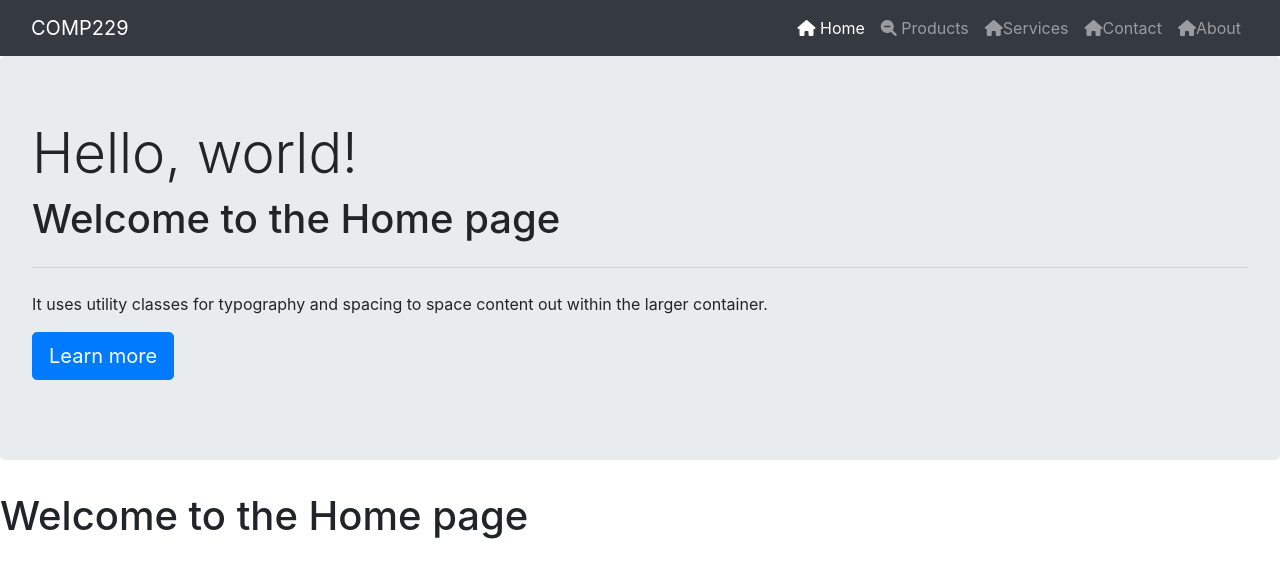
Repository: arsh16/week3_demo2
Page: http://localhost/
An editor plug-in stored every save of this project. The page is shown before and after the next save, followed by the edit.
The browser window is 1280 px wide. The pictures show the whole page.
Some web libraries are served in a nearby version. The page is served by the project's Node server (server.js). Other server files are loaded and not shown.

Above is the page before, as saved 2021-09-30 11:40:20.

### views/index.ejs
<!DOCTYPE html>
<html lang="en">
<head>
  <meta charset="UTF-8">
  <meta http-equiv="X-UA-Compatible" content="IE=edge">
  <meta name="viewport" content="width=device-width, initial-scale=1.0">
  <title><%= title %></title>

  <!--css-->
  <link rel='stylesheet' href='/Content/app.css' />

<!--These stylesheets were saying 404 in console-->

  <!--<link rel="stylesheet" href="/bootstrap/dist/bootstrap.min.css">
  <link rel="stylesheet" href='/@fortawesome/fontawesome-free/css/all.min.css'-->

  <link rel="stylesheet" href="https://cdn.jsdelivr.net/npm/bootstrap@4.6.0/dist/css/bootstrap.min.css" integrity="sha384-B0vP5xmATw1+K9KRQjQERJvTumQW0nPEzvF6L/Z6nronJ3oUOFUFpCjEUQouq2+l" crossorigin="anonymous">
 <link rel="stylesheet" href="https://cdnjs.cloudflare.com/ajax/libs/font-awesome/6.0.0-beta2/css/all.min.css" integrity="sha512-YWzhKL2whUzgiheMoBFwW8CKV4qpHQAEuvilg9FAn5VJUDwKZZxkJNuGM4XkWuk94WCrrwslk8yWNGmY1EduTA==" crossorigin="anonymous" referrerpolicy="no-referrer" />


</head>

<!--body-->
<body>

  <!--main nav-->
  <nav class="navbar navbar-expand-lg navbar-dark bg-dark" style="color: aliceblue;">
    <div class="container-fluid">
      <a class="navbar-brand" href="/home">COMP229</a>
      <button class="navbar-toggler" type="button" data-bs-toggle="collapse" data-bs-target="#navbarSupportedContent" aria-controls="navbarSupportedContent" aria-expanded="false" aria-label="Toggle navigation">
        <span class="navbar-toggler-icon"></span>
      </button>

      <div class="collapse navbar-collapse" id="navbarSupportedContent">
        <ul class="navbar-nav ml-auto mb-2 mb-lg-0">

          <li class="nav-item">
            <a class="nav-link active" aria-current="page" href="/home"><i class="fas fa-home"></i> Home</a>
          </li>

          <li class="nav-item">
            <a class="nav-link" href="/products"><i class="fas fa-search-minus"></i> Products</a>
          </li>

             <li class="nav-item">
            <a class="nav-link" href="/services"><i class="fas fa-home"></i>Services</a>
          </li>

             <li class="nav-item">
            <a class="nav-link" href="/contact"><i class="fas fa-home"></i>Contact</a>
          </li>

           <li class="nav-item">
            <a class="nav-link" href="/about"><i class="fas fa-home"></i>About</a>


        </ul>

      </div>
    </div>
  </nav>

  <main><div class="jumbotron">
    <h1 class="display-4">Hello, world!</h1>
    <h1>Welcome to the <%= title %> page</h1>
    <hr class="my-4">
    <p>It uses utility classes for typography and spacing to space content out within the larger container.</p>
    <p class="lead">
      <a class="btn btn-primary btn-lg" href="#" role="button">Learn more</a>
    </p>
  </div>
  </main>

  <h1>Welcome to the <%= title %> page</h1>

  <!--scripts-->
  <script src="https://ajax.googleapis.com/ajax/libs/jquery/2.1.1/jquery.min.js"></script>
 <!-- <script src="/jquery/dist/jquery.min.js"></script>-->
  <script src="/Scripts/app.js"></script>
</body>
</html>

### server.js
#!/usr/bin/env node

/**
 * Module dependencies.
 */

var app = require('./app');
var debug = require('debug')('assignment1:server');
var http = require('http');

/**
 * Get port from environment and store in Express.
 */

var port = normalizePort(process.env.PORT || '3000');
app.set('port', port);

/**
 * Create HTTP server.
 */

var server = http.createServer(app);

/**
 * Listen on provided port, on all network interfaces.
 */

server.listen(port);
server.on('error', onError);
server.on('listening', onListening);

/**
 * Normalize a port into a number, string, or false.
 */

function normalizePort(val) {
  var port = parseInt(val, 10);

  if (isNaN(port)) {
    // named pipe
    return val;
  }

  if (port >= 0) {
    // port number
    return port;
  }

  return false;
}

/**
 * Event listener for HTTP server "error" event.
 */

function onError(error) {
  if (error.syscall !== 'listen') {
    throw error;
  }

  var bind = typeof port === 'string'
    ? 'Pipe ' + port
    : 'Port ' + port;

  // handle specific listen errors with friendly messages
  switch (error.code) {
    case 'EACCES':
      console.error(bind + ' requires elevated privileges');
      process.exit(1);
      break;
    case 'EADDRINUSE':
      console.error(bind + ' is already in use');
      process.exit(1);
      break;
    default:
      throw error;
  }
}

/**
 * Event listener for HTTP server "listening" event.
 */

function onListening() {
  var addr = server.address();
  var bind = typeof addr === 'string'
    ? 'pipe ' + addr
    : 'port ' + addr.port;
  debug('Listening on ' + bind);
}

### routes/index.js
var express = require('express');
var router = express.Router();

/* GET home page. */
router.get('/', function(req, res, next) {
  res.render('index', { title: 'Home' });
});

router.get('/home', function(req, res, next) {
  res.render('index', { title: 'Home' });
});


router.get('/about', function(req, res, next) {
  res.render('index', { title: 'About' });
});

router.get('/products', function(req, res, next) {
  res.render('index', { title: 'Products'});
});

router.get('/services', function(req, res, next) {
  res.render('index', { title: 'Services' });
});

router.get('/contact', function(req, res, next) {
  res.render('index', { title: 'Contact' });
});

module.exports = router;

### app.js
let createError = require('http-errors');
let express = require('express');
let path = require('path');
let cookieParser = require('cookie-parser');
let logger = require('morgan');

let indexRouter = require('./routes/index');
let usersRouter = require('./routes/users');

let app = express();

// view engine setup
app.set('views', path.join(__dirname, 'views'));
app.set('view engine', 'ejs');

app.use(logger('dev'));
app.use(express.json());
app.use(express.urlencoded({ extended: false }));
app.use(cookieParser());
app.use(express.static(path.join(__dirname, 'public')));

app.use('/', indexRouter);
app.use('/users', usersRouter);

// catch 404 and forward to error handler
app.use(function(req, res, next) {
  next(createError(404));
});

// error handler
app.use(function(err, req, res, next) {
  // set locals, only providing error in development
  res.locals.message = err.message;
  res.locals.error = req.app.get('env') === 'development' ? err : {};

  // render the error page
  res.status(err.status || 500);
  res.render('error');
});

module.exports = app;

### public/Content/app.css
/*-custom css--*/

### public/Scripts/app.js
/*IIFE*/

(function()
{
    function Start()
    {
        console.log("App started...");
    }
    window.addEventListener("load", Start);
})();

After the next save:
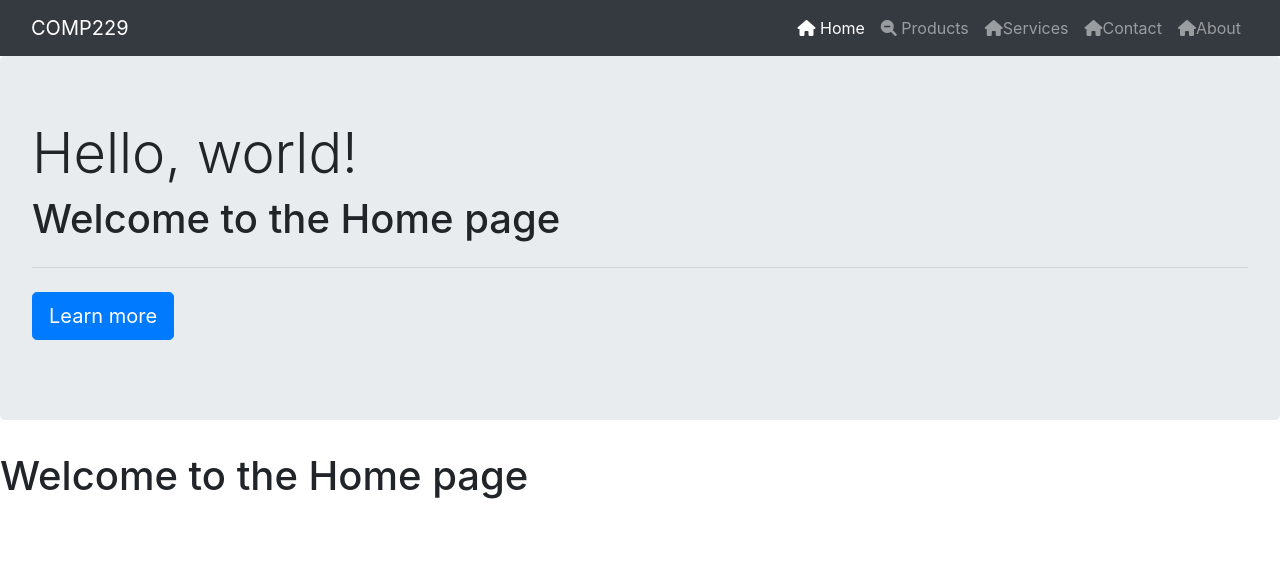
Saved 5 s later.
--- a/views/index.ejs
+++ b/views/index.ejs
@@ -64,7 +64,7 @@
     <h1 class="display-4">Hello, world!</h1>
     <h1>Welcome to the <%= title %> page</h1>
     <hr class="my-4">
-    <p>It uses utility classes for typography and spacing to space content out within the larger container.</p>
+    <p></p>
     <p class="lead">
       <a class="btn btn-primary btn-lg" href="#" role="button">Learn more</a>
     </p>
